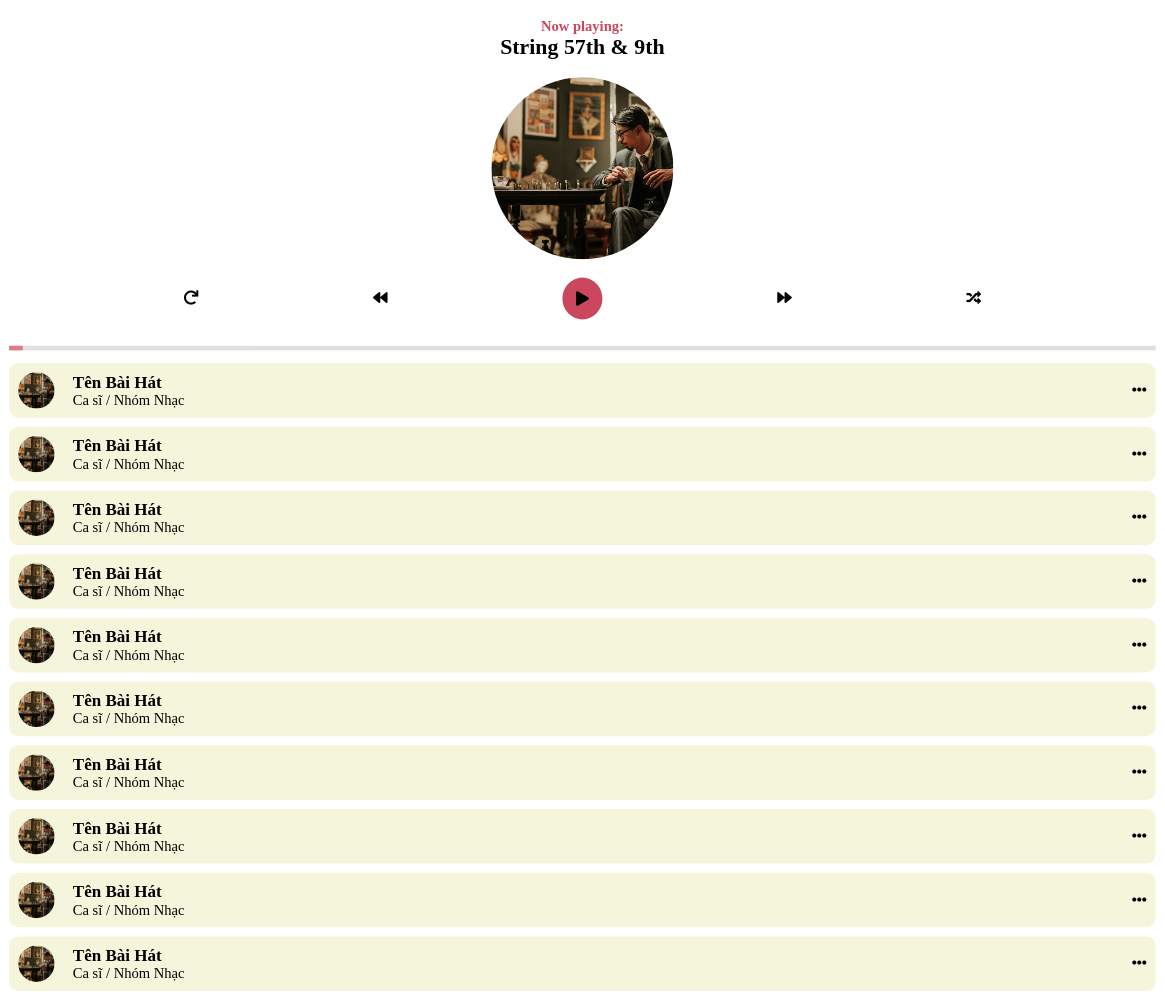
Repository: dovanthao2404/AppMusicPlayer
Page: index.html
An editor plug-in stored every save of this project. The page is shown before and after the next save, followed by the edit.
The browser window is 1280 px wide. The pictures show the whole page, at 91% of full size.

Above is the page before, as saved 2021-06-28 10:49:12.

After the next save:
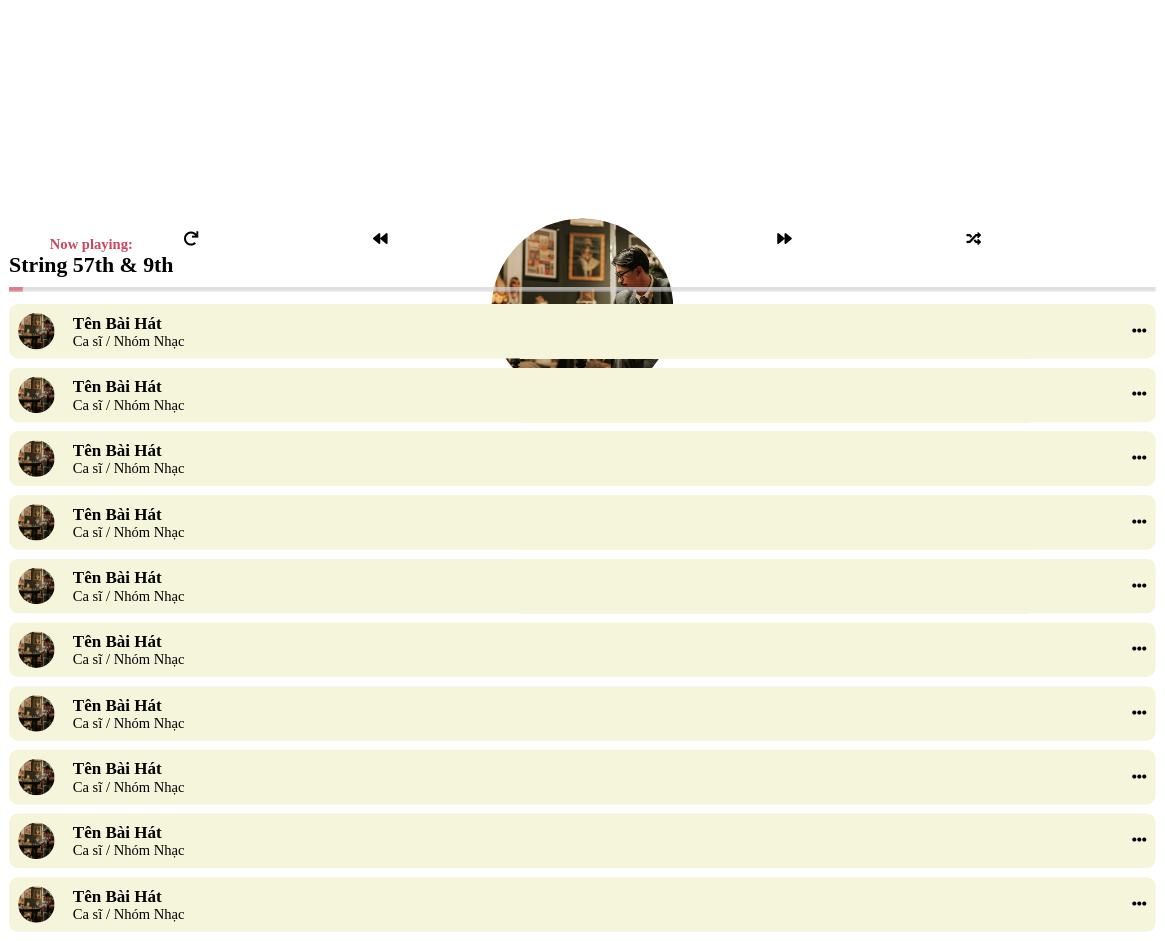
Saved 2 min 10 s later.
--- a/css/app.css
+++ b/css/app.css
@@ -11,7 +11,7 @@
 header {
   text-align: center;
   margin: 20px 0;
-  display: fixed;
+  position: fixed;
 }
 header h4 {
   color: rgb(202, 71, 93);
